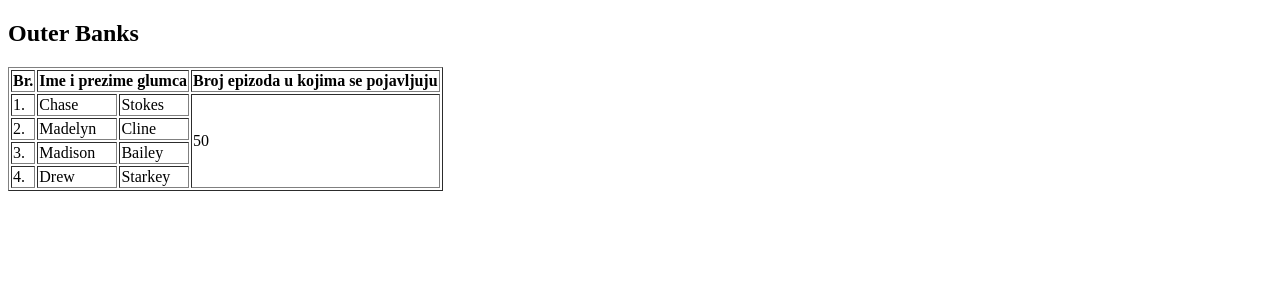
Repository: larabiondic/wp_biondic_lara
Page: Domace zadace/Zadaća.2.html
An editor plug-in stored every save of this project. The page is shown before and after the next save, followed by the edit.
The browser window is 1280 px wide. The pictures show the whole page.

Above is the page before, as saved 2025-11-03 20:11:34.

After the next save:
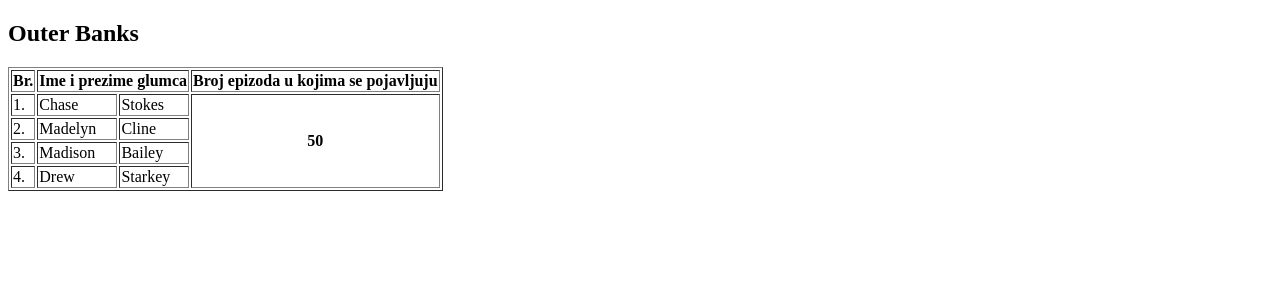
Saved 17 s later.
--- a/Domace zadace/Zadaća.2.html
+++ b/Domace zadace/Zadaća.2.html
@@ -19,7 +19,7 @@
             <td>1.</td>
             <td>Chase</td>
             <td>Stokes</td>
-            <td rowspan="4">50</td>
+            <th rowspan="4">50</th>
         </tr>
         <tr>
             <td>2.</td>
